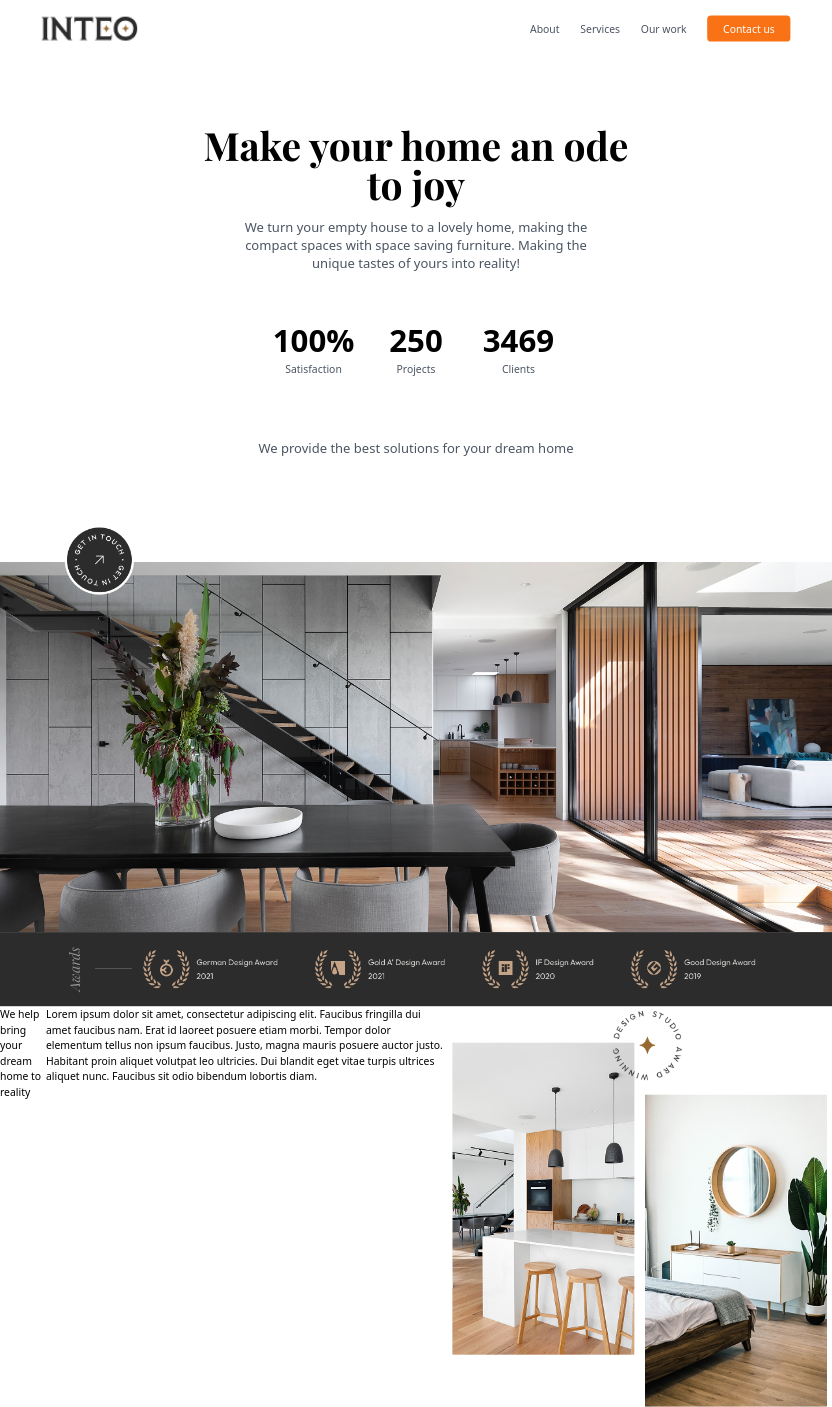
Repository: CatherinneJ/responsive-tailwind-website
Page: tailwind.html
The author's editor kept a copy of each file at every save. The page is drawn from the files as they stood at one save, then again after the next save.
The browser window is 1280 px wide. The pictures show the whole page, at 65% of full size.
Some web libraries are served in a nearby version.

Above is the page before, as saved 2025-05-20 17:59:52.

After the next save:
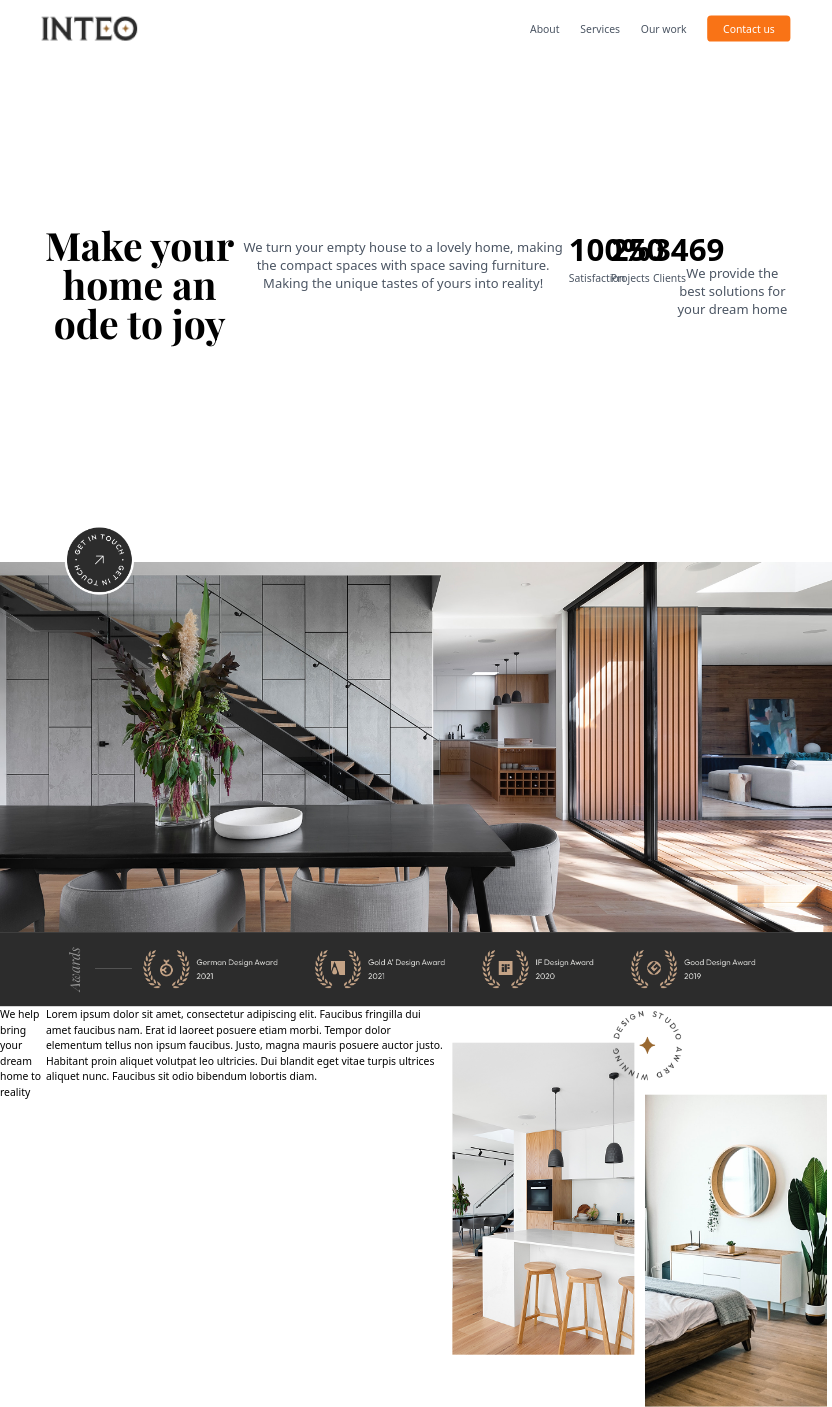
Saved 49 min 54 s later.
--- a/tailwind.html
+++ b/tailwind.html
@@ -25,7 +25,7 @@
         </nav>
     </header>
 
-   <section class="flex flex-col items-center justify-center px-8 lg:px-16 py-12 md:py-24 min-h-screen text-center">
+   <section class="flex items-center justify-center px-8 lg:px-16 py-12 md:py-24 min-h-screen text-center">
         <h1 class="text-4xl md:text-5xl lg:text-6xl font-bold font-playfair mb-6 max-w-2xl text center" >
             Make your home an ode to joy
         </h1>

After the save that followed:
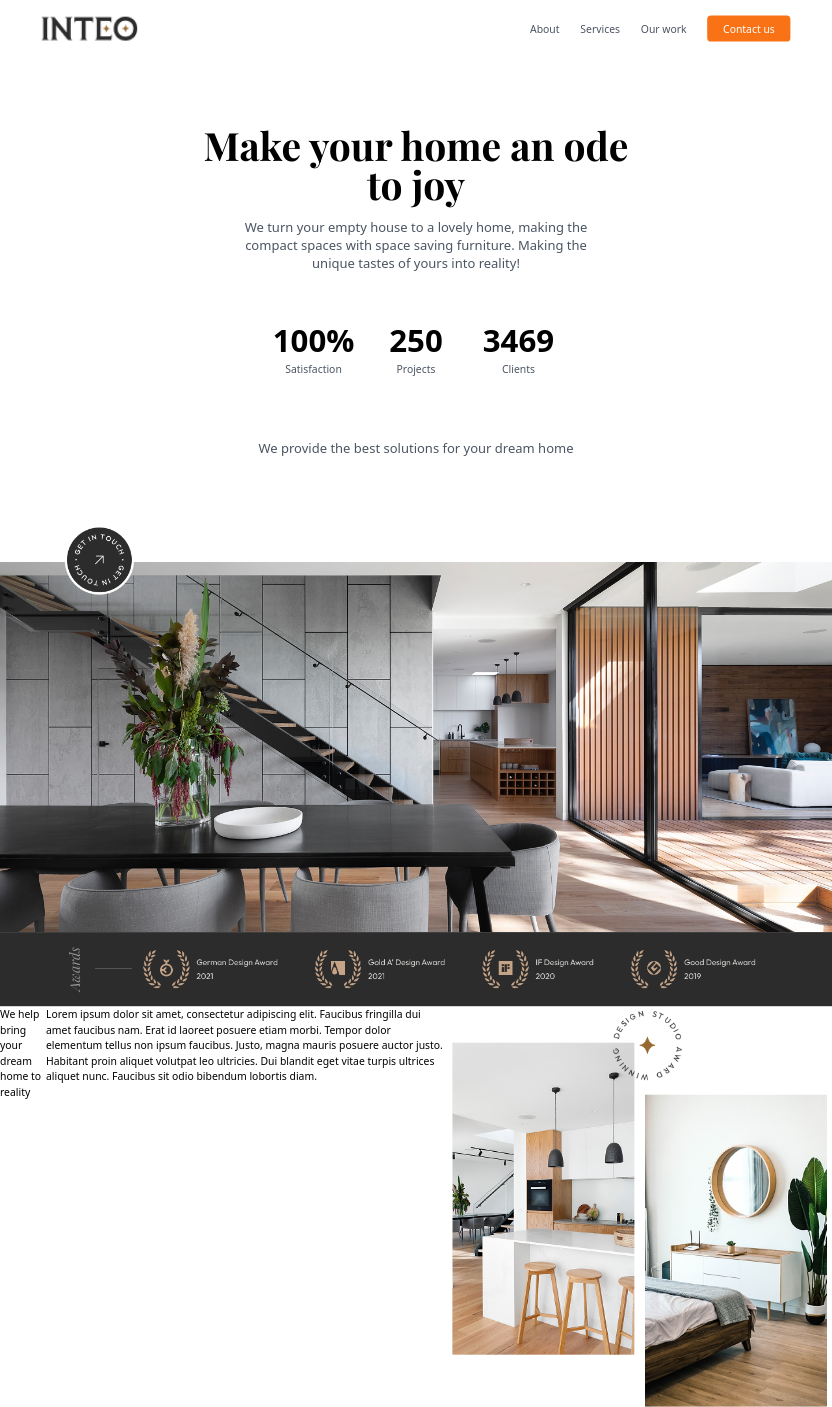
Saved 52 s later.
--- a/tailwind.html
+++ b/tailwind.html
@@ -25,7 +25,7 @@
         </nav>
     </header>
 
-   <section class="flex items-center justify-center px-8 lg:px-16 py-12 md:py-24 min-h-screen text-center">
+   <section class="flex flex-col items-center justify-center px-8 lg:px-16 py-12 md:py-24 min-h-screen text-center">
         <h1 class="text-4xl md:text-5xl lg:text-6xl font-bold font-playfair mb-6 max-w-2xl text center" >
             Make your home an ode to joy
         </h1>
